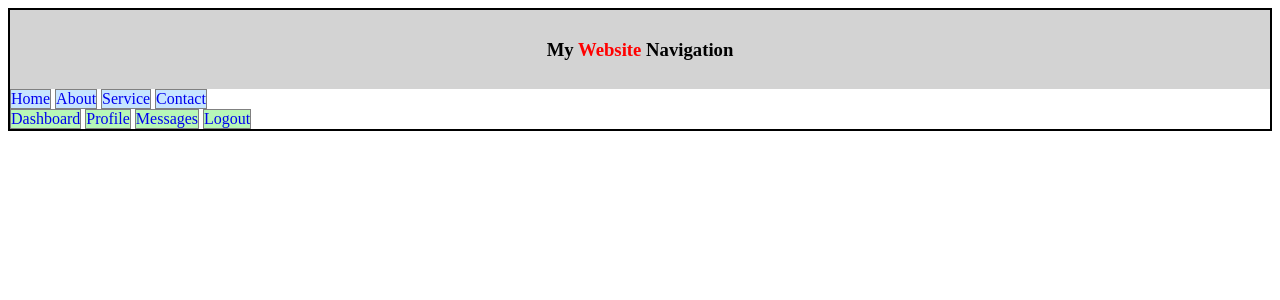
Repository: Glory998/ELCE1-32
Page: experiment7.html
The author's editor kept a copy of each file at every save. The page is drawn from the files as they stood at one save, then again after the next save.
The browser window is 1280 px wide. The pictures show the whole page.

Above is the page before, as saved 2025-11-24 23:17:32.

### experiment7.html
<doctype html>
    <html lang="hi">
        <head>
            <meta charset="utf-8" />
            <meta charset="viewport" content="width=device-width,initial-scale=1" />
            <title>My Website Navigation</title>
            <style>
                .box{
                    border: 2px solid black;
                    padding: 0;
                }
                .top{
                    background: #d3d3d3;
                    text-align: center;
                    padding: 10px;
                }
                .top span{ color:red;}
                .nav a{
                    display: inline-block;
                    padding: 6px 12px
                    margin: 6px;
                    border: 1px solid gray;
                    text-decoration: none;
                }
                .blue{ background:#c7e5ff; }
                .green{ background: #b7f7b7; }
                </style>
                </head>
                <body>
                    <div class="box">
                        <div class="top">
                            <h3>My <span>Website</span> Navigation</h3>
                            </div>
                            <div class="nav">
                                <a class="blue" href="#">Home</a>
                                    <a class="blue" href="#">About</a>
                                    <a class="blue" href="#">Service</a>
                                    <a class="blue" href="#">Contact</a>
                                    <br>
                                    <a class="green"
                                    href="#">Dashboard</a>
                                    <a class="green" href="#">Profile</a>
                                    <a class="green" href="#">Messages</a>
                                    <a class="green" href="#">Logout</a>
                                    </div>
                                </body>
                                </html>

After the next save:
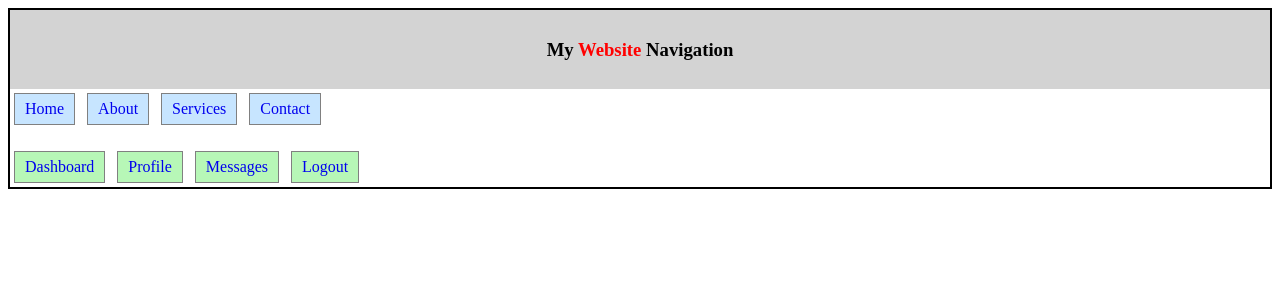
Saved 3 min 13 s later.
--- a/experiment7.html
+++ b/experiment7.html
@@ -1,47 +1,49 @@
-<doctype html>
-    <html lang="hi">
-        <head>
-            <meta charset="utf-8" />
-            <meta charset="viewport" content="width=device-width,initial-scale=1" />
-            <title>My Website Navigation</title>
-            <style>
-                .box{
-                    border: 2px solid black;
-                    padding: 0;
-                }
-                .top{
-                    background: #d3d3d3;
-                    text-align: center;
-                    padding: 10px;
-                }
-                .top span{ color:red;}
-                .nav a{
-                    display: inline-block;
-                    padding: 6px 12px
-                    margin: 6px;
-                    border: 1px solid gray;
-                    text-decoration: none;
-                }
-                .blue{ background:#c7e5ff; }
-                .green{ background: #b7f7b7; }
-                </style>
-                </head>
-                <body>
-                    <div class="box">
-                        <div class="top">
-                            <h3>My <span>Website</span> Navigation</h3>
-                            </div>
-                            <div class="nav">
-                                <a class="blue" href="#">Home</a>
-                                    <a class="blue" href="#">About</a>
-                                    <a class="blue" href="#">Service</a>
-                                    <a class="blue" href="#">Contact</a>
-                                    <br>
-                                    <a class="green"
-                                    href="#">Dashboard</a>
-                                    <a class="green" href="#">Profile</a>
-                                    <a class="green" href="#">Messages</a>
-                                    <a class="green" href="#">Logout</a>
-                                    </div>
-                                </body>
-                                </html>
+<!DOCTYPE html>
+<html>
+<head>
+<style>
+.box{
+  border:2px solid black;
+  padding:0;
+}
+.top{
+  background:#d3d3d3;
+  text-align:center;
+  padding:10px;
+}
+.top span{ color:red; }
+
+.nav a{
+  display:inline-block;
+  padding:6px 10px;
+  margin:4px;
+  border:1px solid gray;
+  text-decoration:none;
+}
+.blue{ background:#c7e5ff; }
+.green{ background:#b7f7b7; }
+</style>
+</head>
+
+<body>
+<div class="box">
+  <div class="top">
+    <h3>My <span>Website</span> Navigation</h3>
+  </div>
+
+  <div class="nav">
+    <!-- first row -->
+    <a class="blue" href="#">Home</a>
+    <a class="blue" href="#">About</a>
+    <a class="blue" href="#">Services</a>
+    <a class="blue" href="#">Contact</a>
+    <br><br>
+    <!-- second row -->
+    <a class="green" href="#">Dashboard</a>
+    <a class="green" href="#">Profile</a>
+    <a class="green" href="#">Messages</a>
+    <a class="green" href="#">Logout</a>
+  </div>
+</div>
+</body>
+</html>
